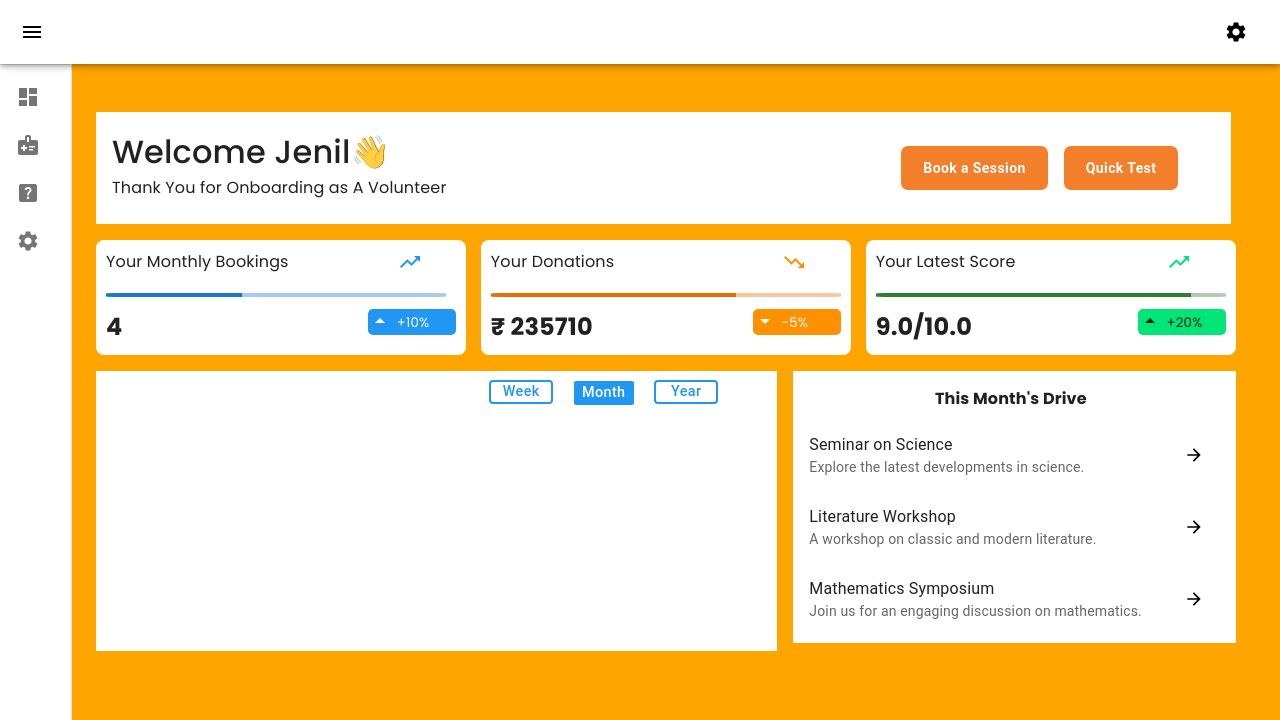
Repository: shubhampirate/Google_Solutions_Edural
Page: /dashboard
An editor plug-in stored every save of this project. The page is shown before and after the next save, followed by the edit.
The browser window is 1280 px wide. The pictures show the whole page.
The page's requests for data from a server got no answer. An inner scrolling area shows only its first screen. The project was rebuilt for these pictures with package versions that can differ from the ones it lists, and the page was loaded fresh each time. Some packages were replaced by stand-ins written for this rebuild. No one was signed in, and anything a server would have sent is missing. Also part of the build but not shown: src/Components/Navbar.jsx, src/Components/Footer.jsx, src/Components/CongratsCard.jsx, src/pages/Hero/Hero.jsx, src/pages/Sign_in.jsx.

Above is the page before, as saved 2024-02-03 19:07:22.

After the next save:
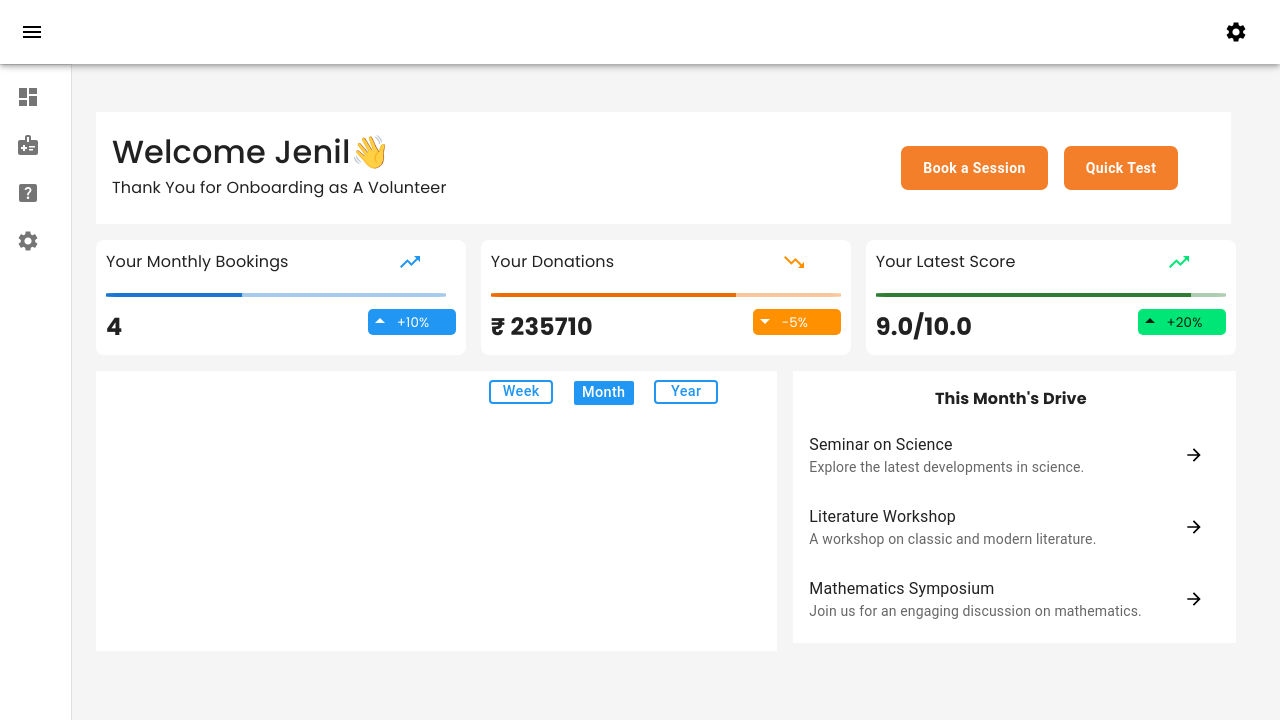
Saved 15 s later.
--- a/src/pages/Dashboard/Dashboard.jsx
+++ b/src/pages/Dashboard/Dashboard.jsx
@@ -186,7 +186,7 @@
             <Box
             component="main"
             sx={{
-                backgroundColor: "orange",
+                backgroundColor: "orange 4%",
                 // (theme) =>
                 // theme.palette.mode === 'light'
                 //     ? theme.palette.grey[100]
